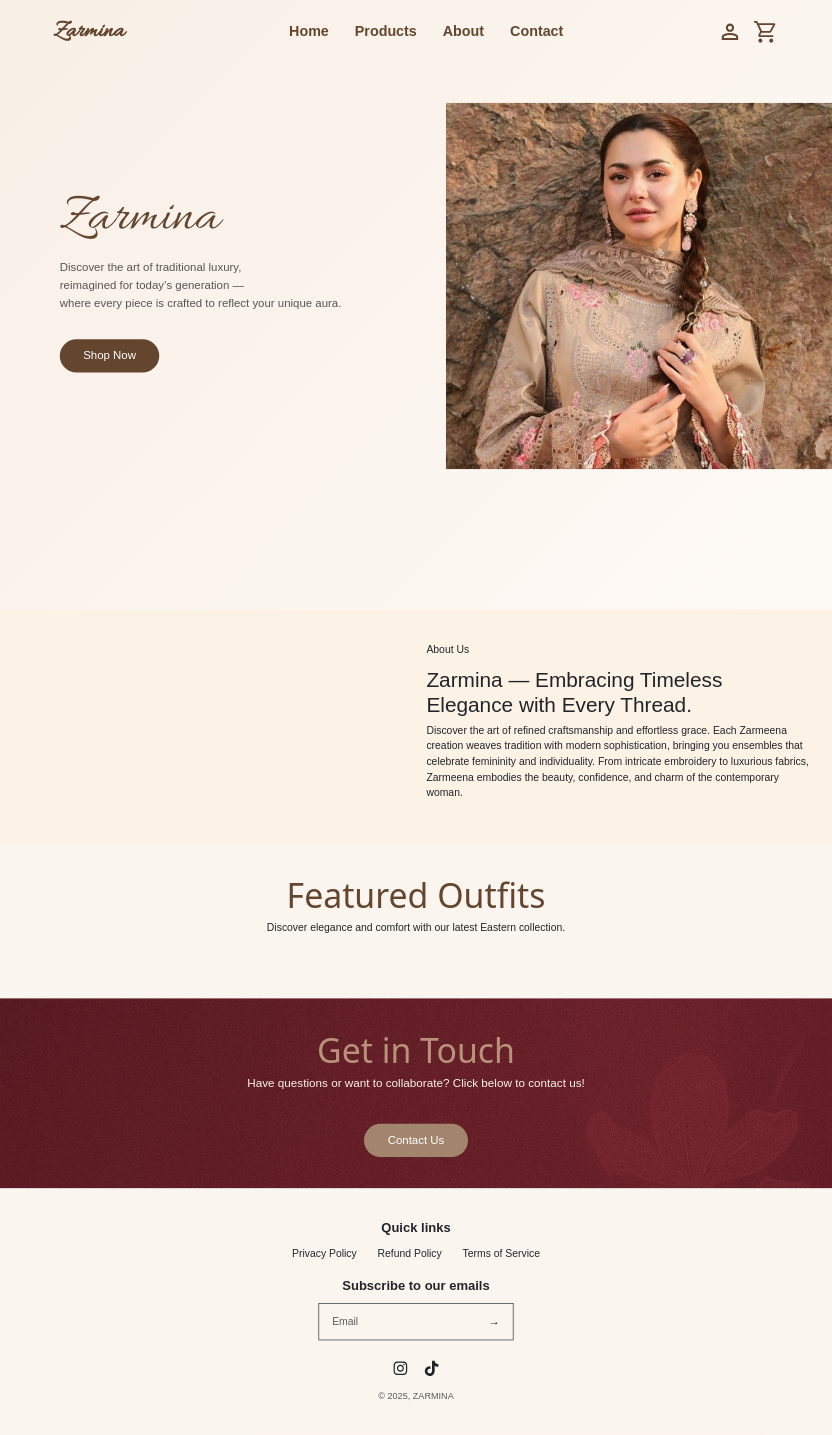
Repository: ayeshatehreem77/Clothing-store
Page: / (app in perfumes-app/)
An editor plug-in stored every save of this project. The page is shown before and after the next save, followed by the edit.
The browser window is 1280 px wide. The pictures show the whole page, at 65% of full size.
Pictures or frames that could not be fetched are drawn as grey boxes. The page's requests for data from a server got no answer. Some web fonts or font styles are not loaded; a fallback is used. The project was rebuilt for these pictures with package versions that can differ from the ones it lists, and the page was loaded fresh each time. No one was signed in, and anything a server would have sent is missing. Also part of the build but not shown: perfumes-app/src/components/Alert.js, perfumes-app/src/components/Reviews.js, perfumes-app/src/components/FeedbackForm.js.

Above is the page before, as saved 2025-10-31 22:29:29.

After the next save:
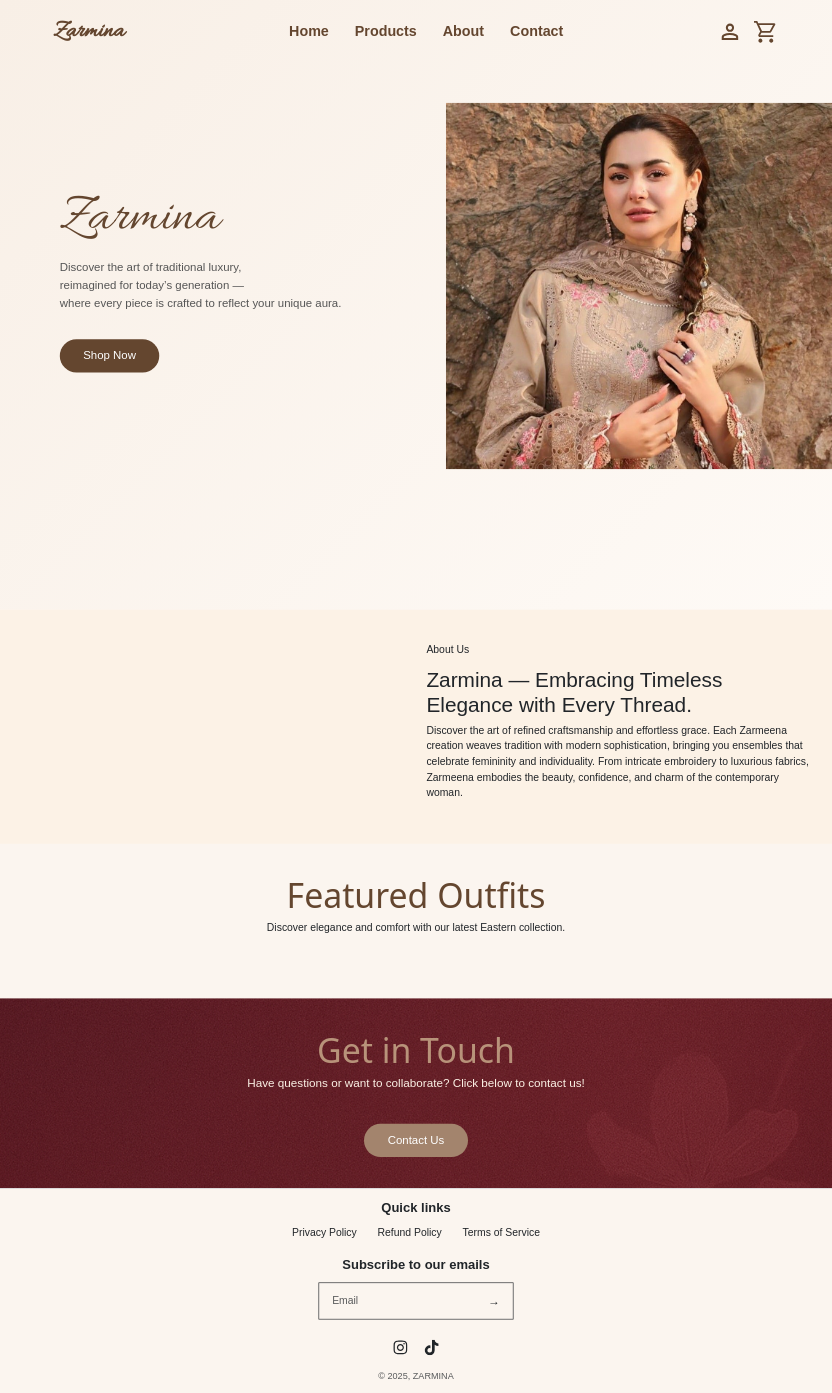
Saved 48 s later.
--- a/perfumes-app/src/components/Footer.js
+++ b/perfumes-app/src/components/Footer.js
@@ -38,7 +38,7 @@ const Footer = () => {
   };
 
   return (
-    <footer className="text-center py-5 border-top">
+    <footer className="text-center py-3 border-top">
       <div className="container">
         {/* Quick Links */}
         <h5 className="fw-bold mb-3">Quick links</h5>
